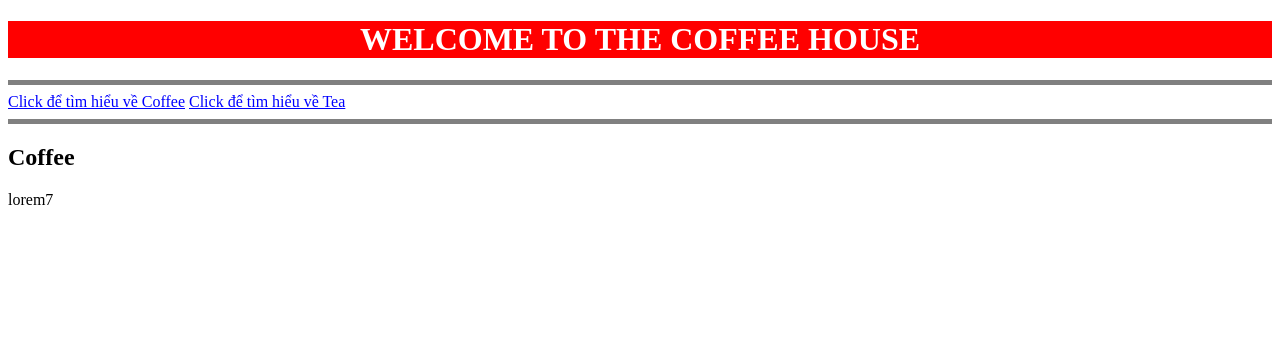
Repository: giahuy405/HomeWork_Coffee
Page: index.html
These files come from the project's save history. The page is drawn as it stood at one moment and after the next save; the edit follows.
The browser window is 1280 px wide. The pictures show the whole page.

Above is the page before, as saved 2022-09-07 01:11:12.

### index.html
<!DOCTYPE html>
<html lang="en">
<head>
    <meta charset="UTF-8">
    <meta http-equiv="X-UA-Compatible" content="IE=edge">
    <meta name="viewport" content="width=device-width, initial-scale=1.0">
    <title>Document</title>
    <link rel="stylesheet" href="./css/index.css">
</head>
<body>
    <header>
        <h1 style="background-color: red;text-align:center;color:white">WELCOME TO THE COFFEE HOUSE</h1>
        <hr size="5px" noshade>
        <nav>
            <a style="color: blue;" href="#">Click để tìm hiểu về Coffee</a>
            <a style="color: blue;" href="#">Click để tìm hiểu về Tea</a>
        </nav>
        <hr size="5px" noshade>
    </header>

    <div class="coffee-intro">
        <h2>Coffee</h2>
        <p>lorem7</p>
    </div>
</body>
</html>

Loaded but not shown: css/index.css (no stored copy; drawn as an empty file)

After the next save:
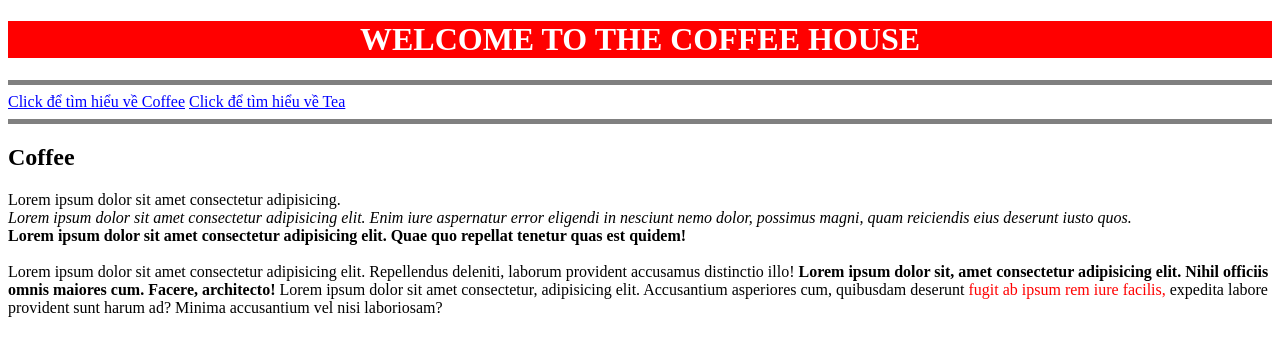
Saved 96 s later.
--- a/index.html
+++ b/index.html
@@ -20,7 +20,17 @@
 
     <div class="coffee-intro">
         <h2>Coffee</h2>
-        <p>lorem7</p>
+        <p>Lorem ipsum dolor sit amet consectetur adipisicing.
+            <br>
+            <i>Lorem ipsum dolor sit amet consectetur adipisicing elit. Enim iure aspernatur error eligendi in nesciunt nemo dolor, possimus magni, quam reiciendis eius deserunt iusto quos.</i>
+            <br>
+            <b>Lorem ipsum dolor sit amet consectetur adipisicing elit. Quae quo repellat tenetur quas est quidem!</b>
+            <br><br>
+            Lorem ipsum dolor sit amet consectetur adipisicing elit. Repellendus deleniti, laborum provident accusamus distinctio illo!
+            <b>Lorem ipsum dolor sit, amet consectetur adipisicing elit. Nihil officiis omnis maiores cum. Facere, architecto!</b>
+            Lorem ipsum dolor sit amet consectetur, adipisicing elit. Accusantium asperiores cum, quibusdam deserunt <span style="color: red;">fugit ab ipsum rem iure facilis,</span> expedita labore provident sunt harum ad? Minima accusantium vel nisi laboriosam?
+        </p>
+
     </div>
 </body>
 </html>
